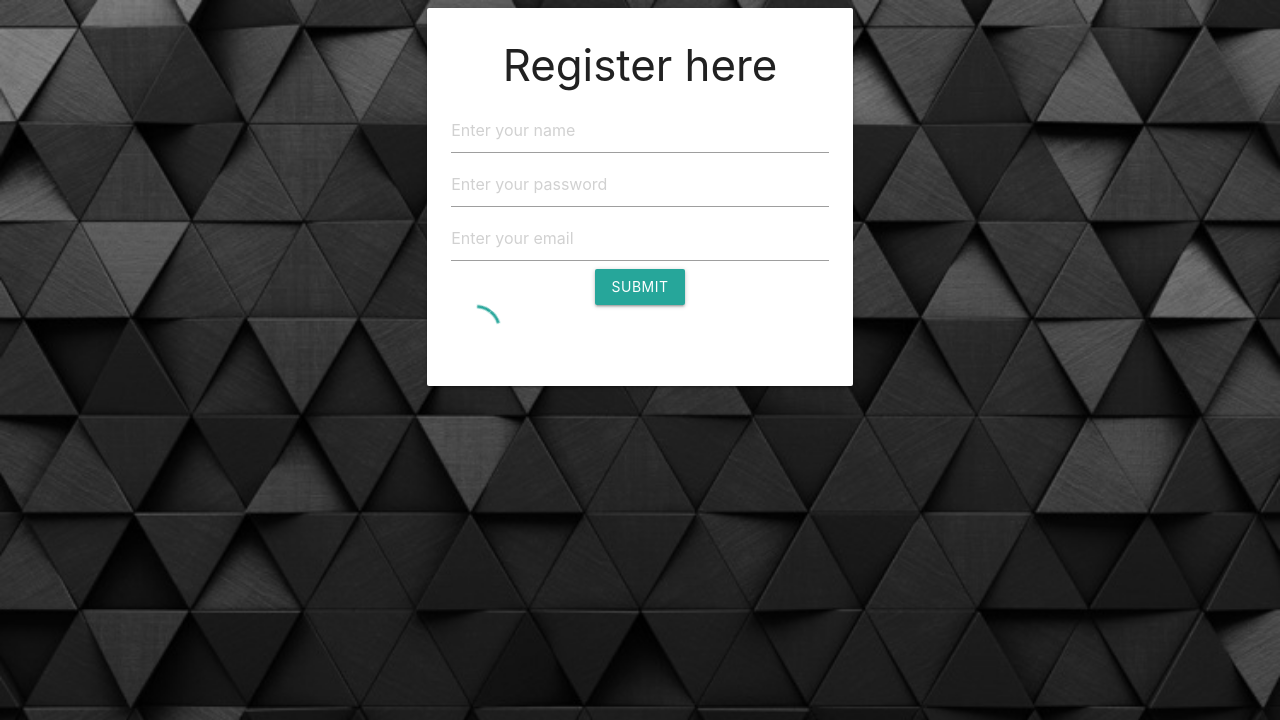
Repository: Attishgawali/JavaServletAndJSP
Page: http://localhost/Register/signup.jsp
These files come from the project's save history. The page is drawn as it stood at one moment and after the next save; the edit follows.
The browser window is 1280 px wide. The pictures show the whole page.
The page is served by Tomcat 9.

Above is the page before, as saved 2023-07-06 11:41:33.

### Register/src/main/webapp/signup.jsp
<%@ page language="java" contentType="text/html; charset=UTF-8"
	pageEncoding="UTF-8"%>
<!DOCTYPE html>
<html>
<head>
<meta charset="UTF-8">
<title>Insert title here</title>
<!-- Compiled and minified CSS -->
<link rel="stylesheet"
	href="https://cdnjs.cloudflare.com/ajax/libs/materialize/1.0.0/css/materialize.min.css">

<!-- Compiled and minified JavaScript -->
<script
	src="https://cdnjs.cloudflare.com/ajax/libs/materialize/1.0.0/js/materialize.min.js"></script>
</head>
<body
	style="background: url(image/shutterstock.jpg); background-size: cover; background-attachment: fixed">
	<div class="container">
		<div class="row">
			<div class="col m6 offset-m3">
				<div class="card">
					<div class="card-content">
						<h3 style="margin-top: 10px;" class="center-align">Register
							here</h3>
						<div class="form center-align">
							<form action="register" method="post">
								<input type="text" name="username" placeholder="Enter your name">
								<input type="password" name="userpassword"
									placeholder="Enter your password"> <input type="email"
									name="useremail" placeholder="Enter your email">

								<button type="submit" class="btn">Submit</button>
							</form>
						</div>

						<div class="loader">
							<div class="preloader-wrapper active">
								<div class="spinner-layer spinner-black-only">
									<div class="circle-clipper left">
										<div class="circle"></div>
									</div>
									<div class="gap-patch">
										<div class="circle"></div>
									</div>
									<div class="circle-clipper right">
										<div class="circle"></div>
									</div>
								</div>
							</div>
						</div>
					</div>
				</div>
			</div>
		</div>
	</div>
</body>
</html>

After the next save:
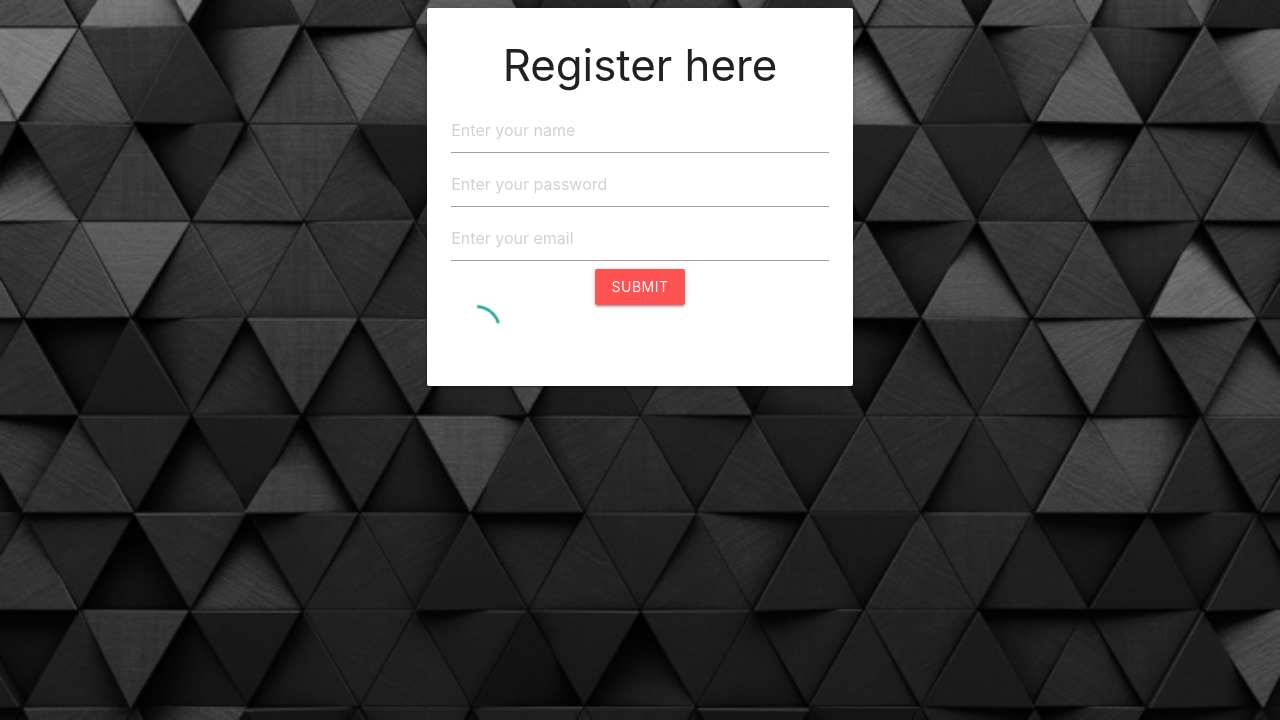
Saved 119 s later.
--- a/Register/src/main/webapp/signup.jsp
+++ b/Register/src/main/webapp/signup.jsp
@@ -17,7 +17,7 @@
 	style="background: url(image/shutterstock.jpg); background-size: cover; background-attachment: fixed">
 	<div class="container">
 		<div class="row">
-			<div class="col m6 offset-m3">
+			<div class="col m6 offset-m3 ">
 				<div class="card">
 					<div class="card-content">
 						<h3 style="margin-top: 10px;" class="center-align">Register
@@ -29,7 +29,7 @@
 									placeholder="Enter your password"> <input type="email"
 									name="useremail" placeholder="Enter your email">
 
-								<button type="submit" class="btn">Submit</button>
+								<button type="submit" class="btn #ff5252 red accent-2">Submit</button>
 							</form>
 						</div>
 
